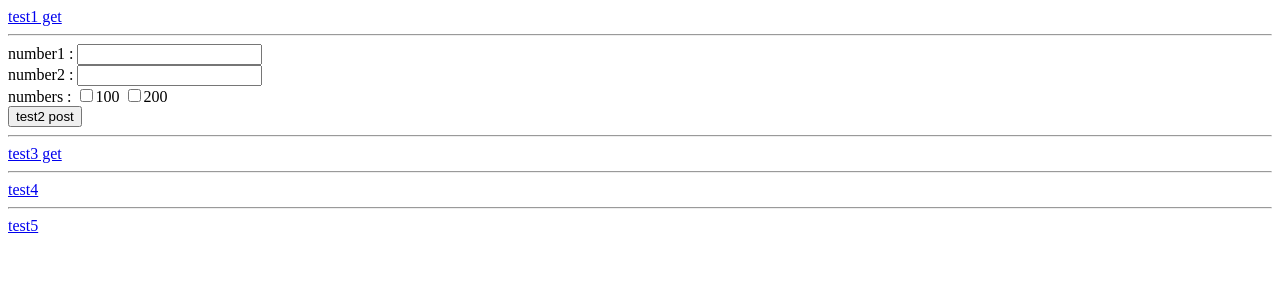
Repository: heojun0827/SpringMvc
Page: http://localhost/GetParameter/WEB-INF/views/index.jsp
An editor plug-in stored every save of this project. The page is shown before and after a run of saves, followed by the edit.
The browser window is 1280 px wide. The pictures show the whole page.
The page is served by Tomcat 9. Nobody is signed in. The template is opened directly, without the code that normally fills it, so the values that code supplies are empty.

Above is the page before, as saved 2023-06-05 07:07:28.

After the next 2 saves:
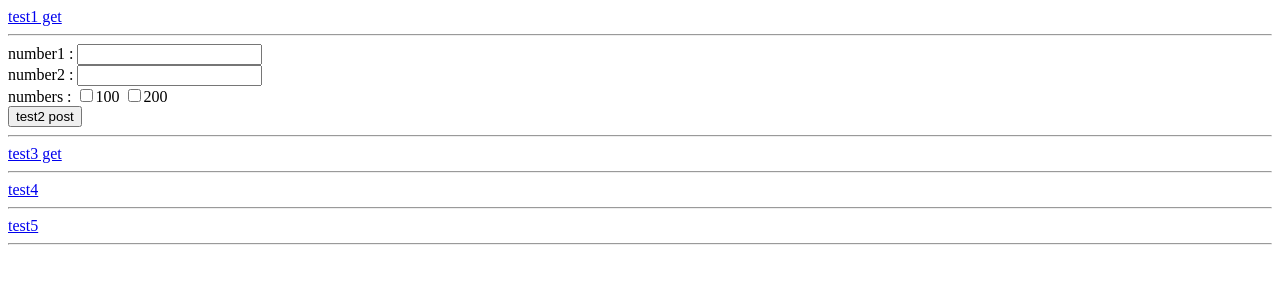
The 2 saves are shown as one change because they came seconds apart.
The last was saved 3 min 31 s later.
--- a/GetParameter/WebContent/WEB-INF/views/index.jsp
+++ b/GetParameter/WebContent/WEB-INF/views/index.jsp
@@ -23,5 +23,7 @@
 	<a href='test4/111/222/333'>test4</a>
 	<hr>
 	<a href='test5/111/222/333/444'>test5</a>
+	<hr>
+	<a href='test6?num1=11&
 </body>
 </html>
